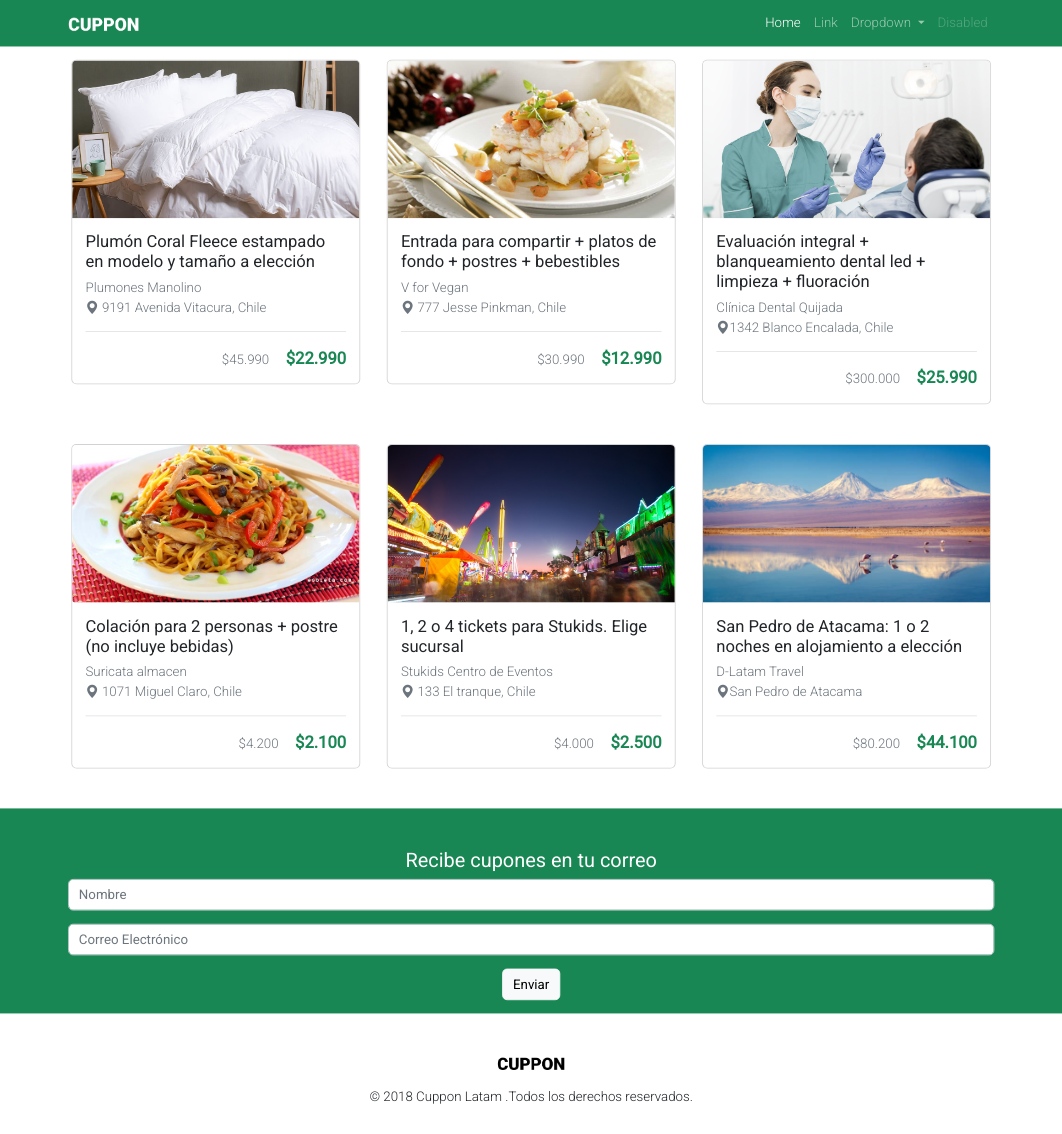
Repository: Yasna2112/cuppon
Page: index.html
The author's editor kept a copy of each file at every save. The page is drawn from the files as they stood at one save, then again after the next save.
The browser window is 1280 px wide. The pictures show the whole page, at 83% of full size.

Above is the page before, as saved 2022-07-23 08:16:42.

After the next save:
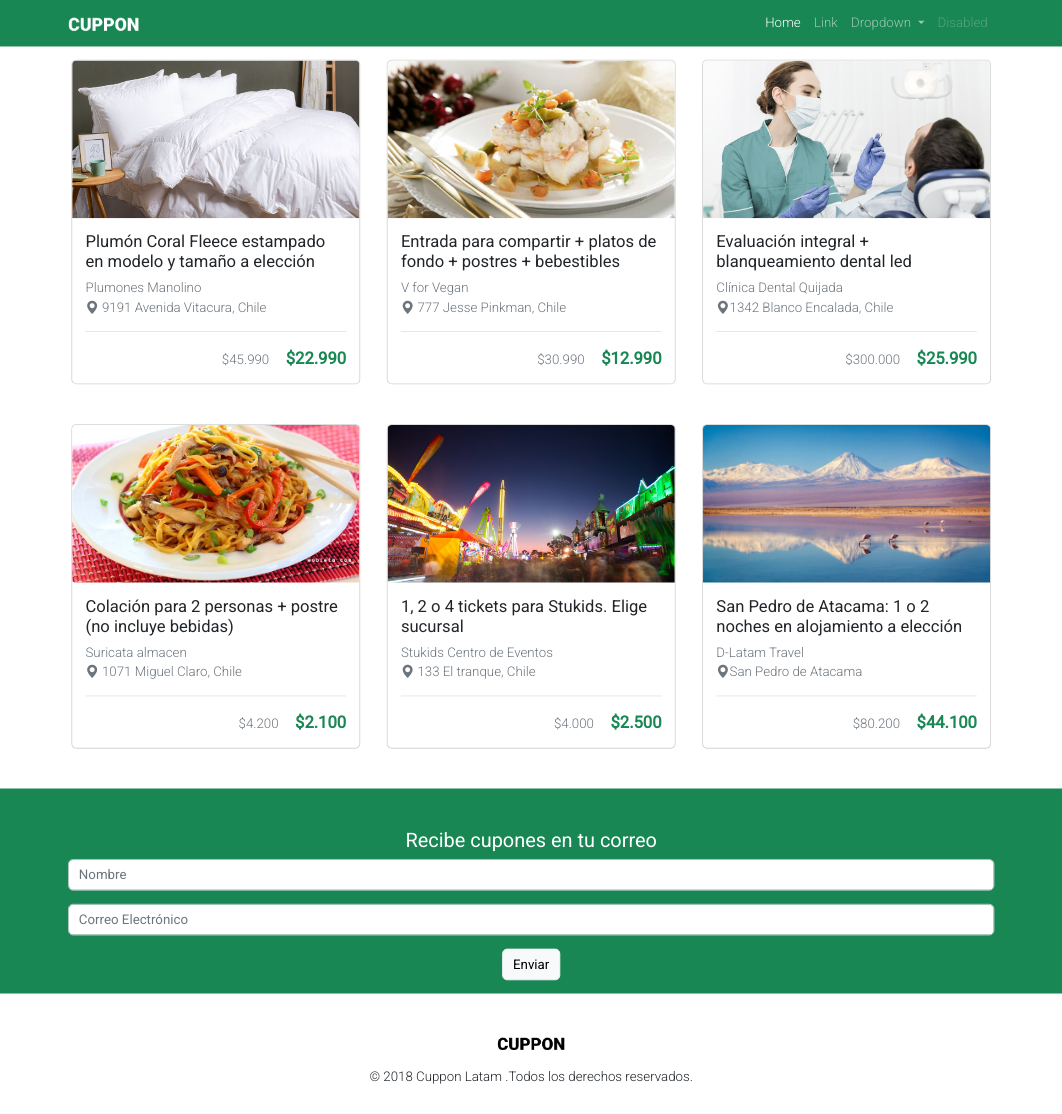
Saved 73 s later.
--- a/index.html
+++ b/index.html
@@ -99,7 +99,7 @@
                 <div class="card  p-0 mb-3">
                     <img src="assets/img/dentista.png" class="card-img-top" alt="dentista">
                     <div class="card-body">
-                    <h5 class="card-title">Evaluación integral + blanqueamiento dental led + limpieza + fluoración</h5>
+                    <h5 class="card-title">Evaluación integral + blanqueamiento dental led</h5>
                     <p class="card-text text-secondary">Clínica Dental Quijada <br />
                         <i class="bi bi-geo-alt-fill"></i>1342 Blanco Encalada, Chile</p>
                     <div class="text-end border-top pt-3 mt-2">
